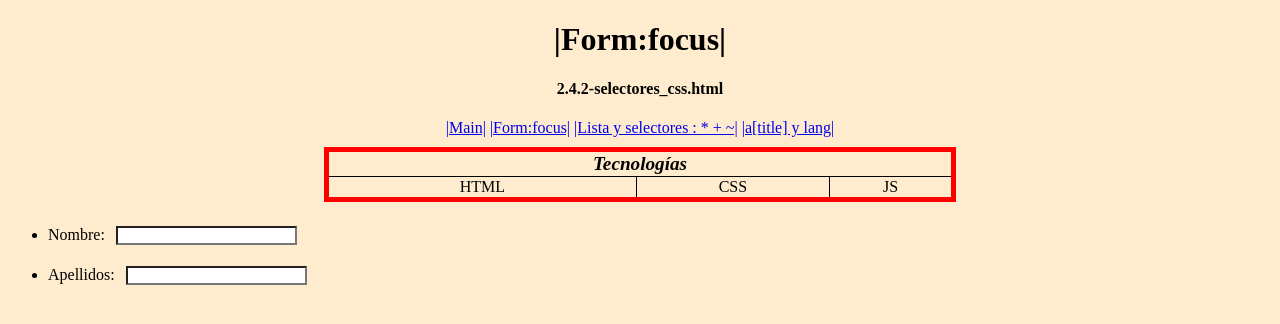
Repository: cesarsant0203/My_Study
Page: Introducción al desarrollo web/2-Css/2.4.2-selectores_css.html
The author's editor kept a copy of each file at every save. The page is drawn from the files as they stood at one save, then again after the next save.
The browser window is 1280 px wide. The pictures show the whole page.

Above is the page before, as saved 2020-04-28 17:18:58.

### Introducción al desarrollo web/2-Css/2.4.2-selectores_css.html
<!DOCTYPE html>
<html lang="es">

<head>
    <meta charset="utf-8" />
    <title> Selectores CSS </title>
    <link href="2.4.2-selectores_css.css" rel="stylesheet" />
</head>

<body>

    <h1 id="titulo">|Form:focus|</h1>
    <h4>2.4.2-selectores_css.html</h4>
    <section id="mySection" class="box">
        <nav>
            <a href="2.4-selectores_css.html">|Main|</a>
            <a href="2.4.2-selectores_css.html">|Form:focus|</a>
            <a href="2.4.3-selectores_css.html">|Lista y selectores : * + ~|</a>
            <a href="2.4.4-selectores_css.html">|a[title] y lang|</a>
        </nav>
    </section>
    <section>
        <table id="tec">
            <thead>
        <td colspan="3"><em><strong>Tecnologías</strong></em></td>
    </thead>
    <tbody>
        <tr>
        <td>HTML</td>
        <td>CSS</td>
        <td>JS</td>
    </tr>
    </tbody>
    </table>
    </section>
    <article>
        <form action="...">
            <ul>
                <li>
                <label for="name">Nombre:</label>
                <input type="text" id="name"/>
            </li>
                <li>
                <label for="sname">Apellidos:</label>
                <input type="text" id="sname"/>
            </li>
            </ul>
        </form>
    </article>

</body>

</html>

### Introducción al desarrollo web/2-Css/2.4.2-selectores_css.css
*{
    background-color: blanchedalmond;
}
h1#titulo, h4, section#mySection {
    text-align: center;
}
table#tec {
    border: red 5px solid;
    border-collapse: collapse;
    width: 50%;
    text-align: center;
    margin-left: auto;
    margin-right: auto;
    margin-top: 10px;
}
thead {
    font-size: larger;
}
td{
    border: black 1px solid;
}
form :focus {
    border: 5px solid rgb(0,0,0);
}
p:first-of-type{
    font-weight: bold;
}
li {
    margin: .4em 0;
  }
  div label {
    width: 25%;
    float: left;
  }
input#name, input#sname{
    background-color: white;
        margin: 0.2cm;
        padding: 0%;
}

After the next save:
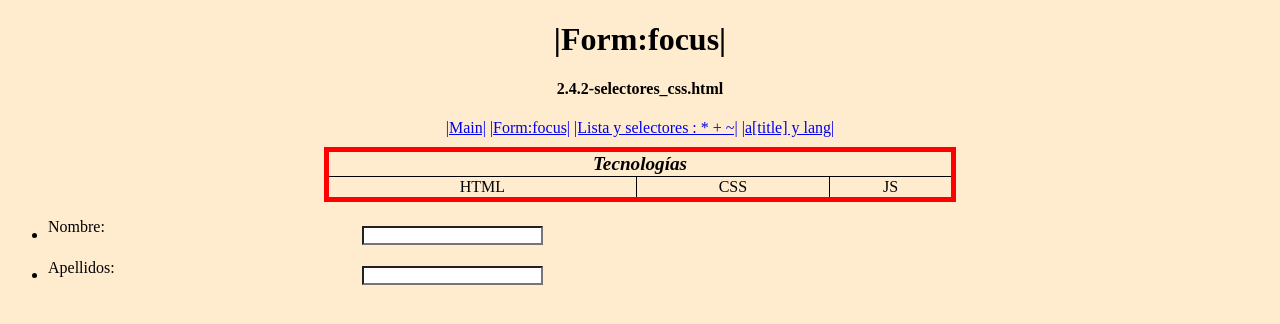
Saved 5 s later.
--- a/Introducción al desarrollo web/2-Css/2.4.2-selectores_css.css
+++ b/Introducción al desarrollo web/2-Css/2.4.2-selectores_css.css
@@ -28,7 +28,7 @@ p:first-of-type{
 li {
     margin: .4em 0;
   }
-  div label {
+  li label {
     width: 25%;
     float: left;
   }

After the save that followed:
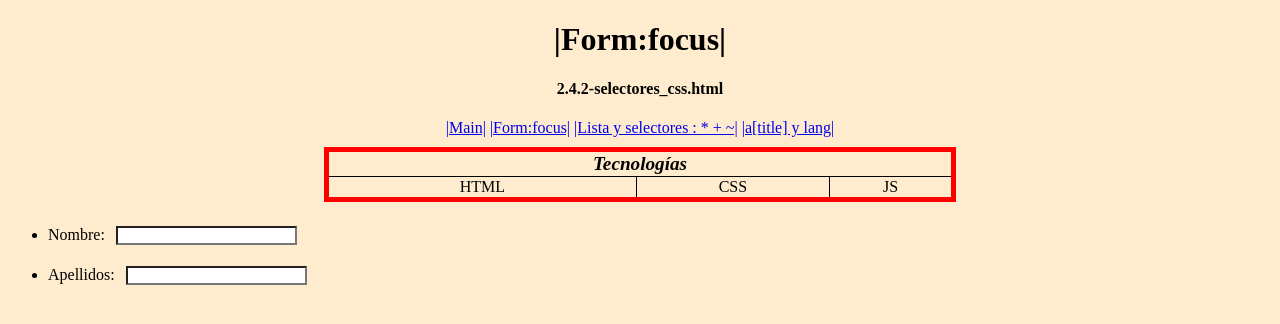
Saved 15 s later.
--- a/Introducción al desarrollo web/2-Css/2.4.2-selectores_css.css
+++ b/Introducción al desarrollo web/2-Css/2.4.2-selectores_css.css
@@ -30,7 +30,7 @@ li {
   }
   li label {
     width: 25%;
-    float: left;
+
   }
 input#name, input#sname{
     background-color: white;
